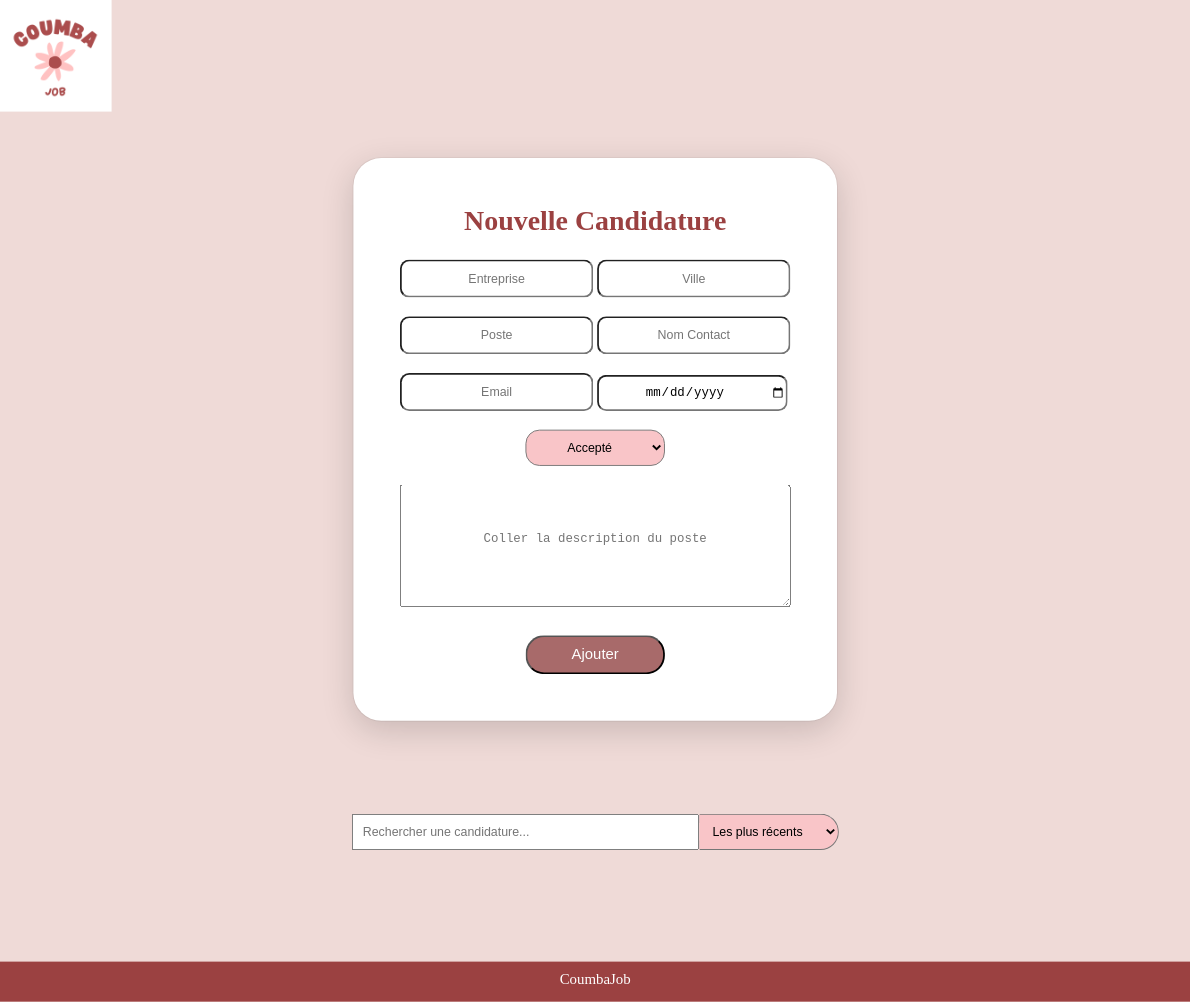
Repository: Coumba25040/coumbaProjet
Page: projetCoumba/index.html
These files come from the project's save history. The page is drawn as it stood at one moment and after the next save; the edit follows.
The browser window is 1280 px wide. The pictures show the whole page, at 93% of full size.
The pointer rests on the first visible `#btn-ajouter`.
Some web fonts or font styles are not loaded; a fallback is used.

Above is the page before, as saved 2025-09-25 19:52:51.

### projetCoumba/index.html
<!DOCTYPE html>
<html lang="en">
<head>
    <meta charset="UTF-8">
    <meta name="viewport" content="width=device-width, initial-scale=1.0">
    <title>CoumbaJob</title>
    <link rel="stylesheet" href="style.css">
    <link rel="stylesheet" href="https://fonts.googleapis.com/css2?family=Material+Symbols+Outlined:opsz,wght,FILL,GRAD@20..48,100..700,0..1,-50..200&icon_names=delete" />
</head>
<body>
    <header>
        <img src="logo.png" alt="logo">
    </header>
    <article id="form-container">
        <form action="" method="post" id="form">
            <h1 id="candidature">Nouvelle Candidature</h1>
            <div class="class-group">
                <input type="text" name="entreprise" id="entreprise" placeholder="Entreprise" required>
                <input type="text" name="ville" id="ville" placeholder="Ville" required>
            </div>
            <div class="class-group">
                <input type="text" name="poste" id="poste" placeholder="Poste" required>
                <input type="text" name="contact" id="contact" placeholder="Nom Contact" required>
            </div>

            <div class="class-group">
                <input type="email" name="email" id="email" placeholder="Email" required>
                <input type="date" name="date" id="date" placeholder="Date" lang="fr" required>

            </div>
                <select name="statut" id="statut" required>
                    <option value="Accepté">Accepté</option>
                    <option value="Refusé">Refusé</option>
                    <option value="En Attente">En Attente</option>
                    <option value="Entretien">Entretien</option>
                </select>
            <textarea name="description" id="description" placeholder="Coller la description du poste"></textarea>
            <div>
                <button type="submit" id="btn-ajouter">Ajouter</button>
            </div>
        </form>
    </article>
    <article id="recherche-tri">
        <input type="text" name="recherche" id="recherche" placeholder="Rechercher une candidature...">
        <select name="trier" id="trier">
            <option value="recent">Les plus récents</option>
            <option value="moinsRecent">Les moins récents</option>
            <option value="Accepté">Accepté</option>
            <option value="Refusé">Refusé</option>
            <option value="En Attente">En Attente</option>
            <option value="Entretien">Entretien</option>
        </select>
    </article>
    <article id="candidature-container">
    </article>
    <footer>
        <p>CoumbaJob</p>

    </footer>
    <article id="popup-overlay">
        <div id="popup-content"></div>

    </article>

    <script src="app.js"></script>
</body>
</html>

### projetCoumba/style.css
body{
    margin: 0;
    padding: 0;
    background-color: #efdad7;
}
#form-container, #recherche-tri, img, #popup-overlay{
    display: flex;
    justify-content: center;
    align-items: center;
}
#candidature{
    text-align: center;
    color: #9B4141;
    font-size: 30px;
    margin-top: 0;
}
#form{
    display: flex;
    flex-direction: column;
    box-shadow: rgba(0, 0, 0, 0.16) 0px 10px 36px 0px, rgba(0, 0, 0, 0.06) 0px 0px 0px 1px;
    padding: 50px;
    border-radius: 30px;
    margin-top: 50px;
    background-color: white;
}

form input, #date{
    width: 200px;
    height: 35px;
    text-align: center;
    border-radius: 10px;
    margin-bottom: 20px;
}
#description{
    padding: 50px;
    text-align: center;
}
#btn-ajouter{

    padding: 10px;
    width: 150px;
    border-radius: 20px;
    margin: 30px auto 0 auto;
    display: block;
    background-color: #9B4141;
    color: white;
    font-size: 16px;
}
#btn-ajouter:hover{
    background-color: #a86a6a;
}
#recherche{
    padding: 10px;
    width: 350px;
}
#recherche-tri{
    margin-top: 100px;
    margin-bottom: 70px;
}
#statut{
    padding: 10px;
    width: 150px;
    border-radius: 15px;
    margin: auto;
    margin-bottom: 20px;
    text-align: center;
    background-color: #F9C5C8;
}
#trier{
    padding: 10px;
    border-radius: 20px;
    background-color: #F9C5C8;
    border-top-left-radius: 0;
    border-bottom-left-radius: 0;
    border-left: 0;
}
.card{

    border-radius: 20px;
    padding: 20px;
    height: 150px;
    width: 250px;
    margin: 20px;
    background-color: white;
    box-shadow: rgba(99, 99, 99, 0.2) 0px 2px 8px 0px;
    position: relative;
}
.cardTitle{
    display: flex;
    justify-content: space-between;

}
h3, h6, p{
    margin: 0;
    margin-bottom: 5px;

}

.cardBody {
    display: flex;
    flex-direction: column;
    gap: 5px;
    position: relative;
}

.btn-modifier{
    align-self: flex-end;
    padding: 10px;
    border-radius: 10px;
    width: 100px;
    background-color: #F9C5C8;
    border: none;
}
.btn-modifier:hover{
    background-color: #9B4141;
}
#candidature-container{
    display: grid;
    grid-template-columns: repeat(auto-fit, minmax(250px, 1fr));
    margin: 0 auto;
    gap: 30px;
    place-items: center;
    padding: 0 20px;
    max-width: 1200px;
}
.card:hover{
    box-shadow: rgba(0, 0, 0, 0.35) 0px 5px 15px;
}
img{
    height: 120px;
    align-self: center;
}
footer{
    text-align: center;
    margin-top: 50px;
    padding: 10px;
    background-color: #9B4141;
    color: white;
}

.material-symbols-outlined {
    position: absolute;
    background-color: #F9C5C8;
    color: black;
    border-radius: 20px;
    font-size: 24px;
    padding: 4px;
    top: -10px;
    right: -10px;
    z-index: 10;
    cursor: pointer;
  font-variation-settings:
  'FILL' 0,
  'wght' 400,
  'GRAD' 0,
  'opsz' 24
}
.material-symbols-outlined:hover{
    background-color: #9B4141;
}
#popup-overlay{
    position: fixed;
    top: 0;
    left: 0;
    right: 0;
    bottom: 0;
    background-color: rgba(0, 0, 0, 0.442);
    z-index: 98;
    display: none;
}

#popup-overlay.open{
    display: block !important;
}

#popup-content{
    max-width: 600px;
    padding: 30px;
    box-sizing: border-box;
    background-color: white;
    width: 100%;
    position: absolute;
    top: 50%;
    left: 50%;
    transform: translate(-50%, -50%);
}

.popup-coordonne{
    background-color: #c6aed6;
    text-align: center;
    border-radius: 20px;
    margin-bottom: 20px;
    padding: 10px;
}
.popup-description{
    background-color: #efdad7;
    padding: 5px;
    max-height: 350px;
    overflow-y: auto;

}
.popup-exit{
    position: absolute;
    top: -10px;
    right: -10px;
    text-decoration: none;
    color: white;
    padding: 5px 10px;
    border-radius: 5px;
    background-color: black;
}

### projetCoumba/app.js
const candidatureContainer = document.getElementById('candidature-container')
const entreprise = document.getElementById('entreprise')
const ville = document.getElementById('ville')
const poste = document.getElementById('poste')
const contact = document.getElementById('contact')
const email = document.getElementById('email')
const statut = document.getElementById('statut')
const date = document.getElementById('date')
const description = document.getElementById('description')
let candidature = []
let currentIndex = null

function afficherCard(tabCandidature){
    candidatureContainer.innerHTML = ''
    tabCandidature.sort((a, b) => new Date(b.date) - new Date(a.date))

    tabCandidature.forEach((item, index) => {

        let cardCandidature = document.createElement('div')
        cardCandidature.classList.add('card')
        cardCandidature.setAttribute('data-index', index)

        cardCandidature.innerHTML += `
        <span class="material-symbols-outlined delete-icon" data-index=${index}>
                delete
                </span>
            <div class="cardBody">
                <div class="cardTitle">
                    <h3>${item.poste}</h3>
                    <p>${item.date}</p>
                </div>
                <p>${item.entreprise}</p>
                <p>${item.ville}</p>
                <p>${item.statut}</p>
                <button class="btn-modifier" data-index="${index}">Modifier</button>
            </div>`
        candidatureContainer.appendChild(cardCandidature)
        candidatureContainer.scrollIntoView({behavior: 'smooth', block: 'start'})

        const btnModifier = document.querySelectorAll('.btn-modifier')
        btnModifier.forEach(btnM => {
            btnM.addEventListener('click', (e) => {
                e.stopPropagation()
                const index = e.target.getAttribute('data-index')
                const item = candidature[index]

                entreprise.value = item.entreprise
                ville.value = item.ville
                poste.value = item.poste
                contact.value = item.contact
                email.value = item.email
                date.value = item.date
                statut.value = item.statut
                description.value = item.description

                currentIndex = index
                form.scrollIntoView({behavior: "smooth"})
            })
        })

        cardCandidature.addEventListener('click', () => {
            afficherPopup(item)
        })

    });

    const deleteIcon = document.querySelectorAll('.delete-icon')
    deleteIcon.forEach(icon =>{
        icon.addEventListener('click', (e) => {
            e.stopPropagation()
            const index = e.target.getAttribute('data-index')
            candidature.splice(index, 1)
            afficherCard(candidature)
            saveLocalStorage()
        })
    })
}

let form = document.getElementById('form')

form.addEventListener("submit", (e) => {
    e.preventDefault()

    const newCandidature = {

        entreprise: entreprise.value,
        ville: ville.value,
        poste: poste.value,
        contact: contact.value,
        email: email.value,
        date: date.value,
        statut: statut.value,
        description: description.value
    }


    if(currentIndex !== null){
        candidature[currentIndex] = newCandidature
        currentIndex = null
    }else{
        candidature.push(newCandidature)
    }

    entreprise.value = ''
    ville.value = ''
    poste.value = ''
    contact.value = ''
    email.value = ''
    date.value = ''
    description.value = ''

    afficherCard(candidature)
    saveLocalStorage()
})

const saveCandidature = localStorage.getItem('candidatures')

if(saveCandidature){
    candidature = JSON.parse(saveCandidature)
    afficherCard(candidature)
}

function saveLocalStorage(){
    localStorage.setItem('candidatures', JSON.stringify(candidature))
}

function afficherPopup(item){
let popupOverlay = document.getElementById('popup-overlay')
let popupContent = document.getElementById('popup-content')
        popupContent.innerHTML = `
            <div class="popup-coordonne">
                <h1 class="popup-emp">${item.poste}</h1>
                <h2 class="popup-ste">${item.entreprise} ${item.ville}</h2>
                <p class="popup-date-statut">${item.date} ${item.statut}</p>
                <p class="popup-contact">Contact : ${item.contact}</p>
                <p class="popup-email">Email : ${item.email}</p>
            </div>
            <div class="popup-description">
                <h2>Description du poste</h2>
                <p>${item.description}</p>
                <a href="javascript:void(0)" class="popup-exit">Fermer</a>
        </div>`

    popupOverlay.classList.add('open')

    const popupExit = document.querySelector('.popup-exit')

    popupExit.addEventListener('click', () => {
        popupOverlay.classList.remove('open')
   })
}

let trier = document.getElementById('trier')

trier.addEventListener('change', (e) => {
    const filtre = e.target.value
    let resultats = [...candidature]

    if(filtre === "recent"){
        resultats.sort((a, b) => new Date(b.date) - new Date(a.date))

    }else if(filtre === "moinsRecent"){
        resultats.sort((a, b) => new Date(a.date) - new Date(b.date))

    }else if (["Accepté", "Refusé", "En Attente", "Entretien"].includes(filtre)) {
        resultats = resultats.filter(c => c.statut === filtre)
    }

    afficherCard(resultats)
})

const recherche = document.getElementById('recherche')

recherche.addEventListener("keyup", (e) => {
    const input = recherche.value

    const result = candidature.filter(item =>
        item.entreprise.toLowerCase().includes(input.toLowerCase()) ||
        item.poste.toLowerCase().includes(input.toLowerCase()))

    if(result.length === 0){
        candidatureContainer.innerHTML = `<p>Aucune Candidature</p>`
    }else{
        afficherCard(result)
    }
})

After the next save:
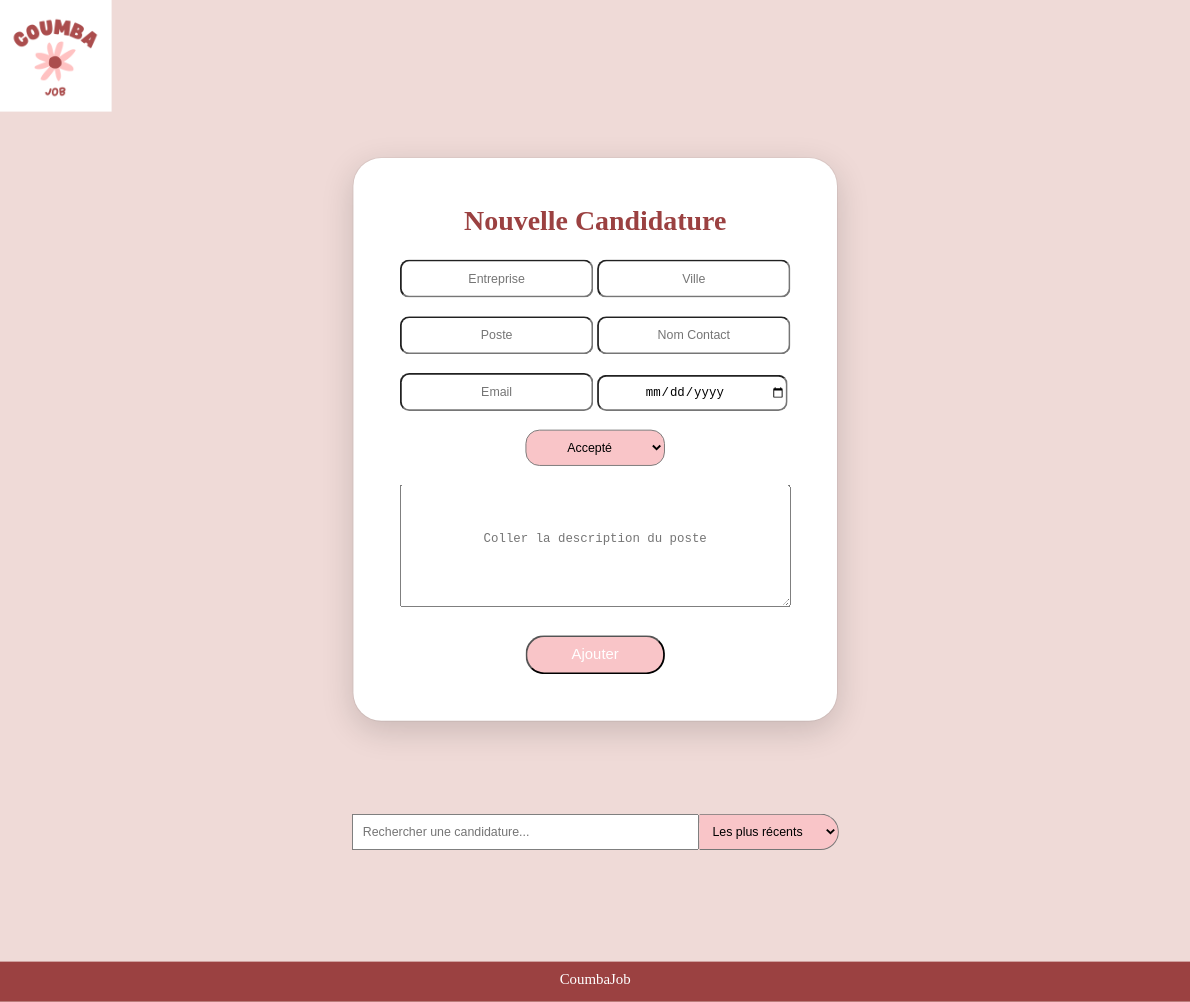
Saved 2 min 24 s later.
--- a/projetCoumba/style.css
+++ b/projetCoumba/style.css
@@ -47,7 +47,7 @@ form input, #date{
     font-size: 16px;
 }
 #btn-ajouter:hover{
-    background-color: #a86a6a;
+    background-color: #F9C5C8;
 }
 #recherche{
     padding: 10px;
